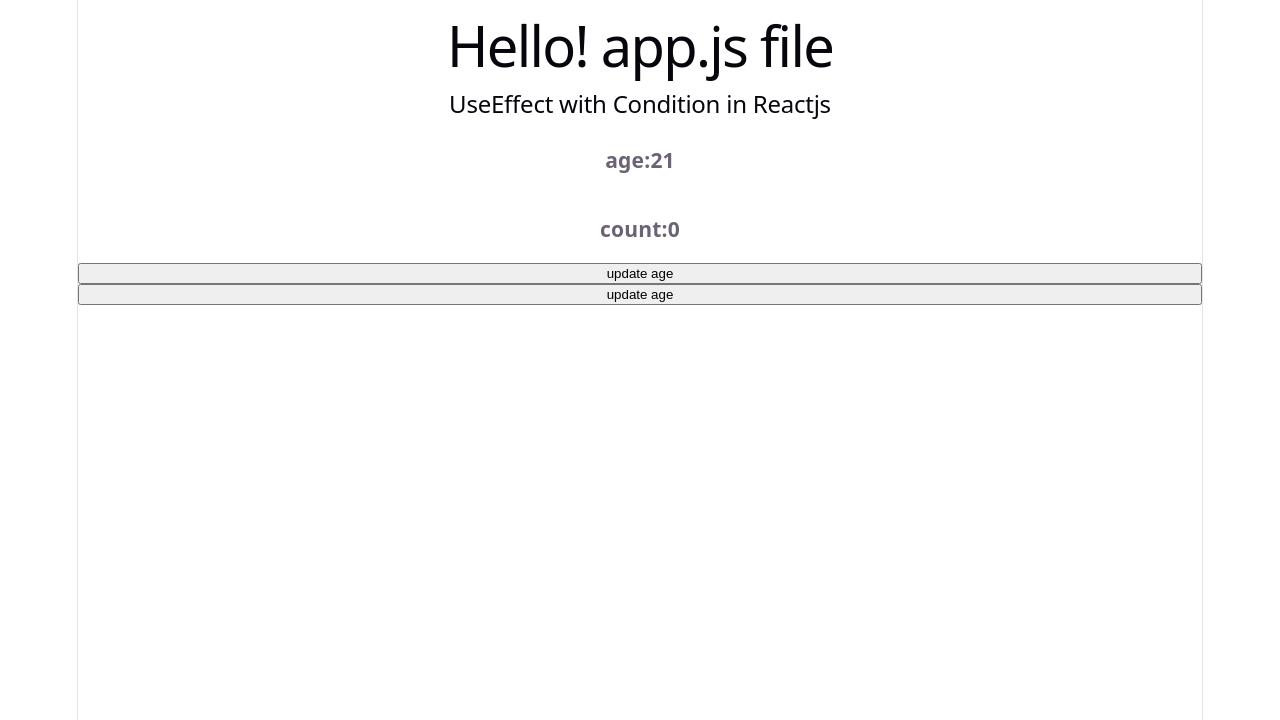
Repository: Gulzarokz/React_Course_Review
Page: / (app in vite-Project/)
An editor plug-in stored every save of this project. The page is shown before and after the next save, followed by the edit.
The browser window is 1280 px wide. The pictures show the whole page.
The project was rebuilt for these pictures with package versions that can differ from the ones it lists, and the page was loaded fresh each time. Also part of the build but not shown: vite-Project/vite.config.js.

Above is the page before, as saved 2026-04-23 11:32:03.

After the next save:
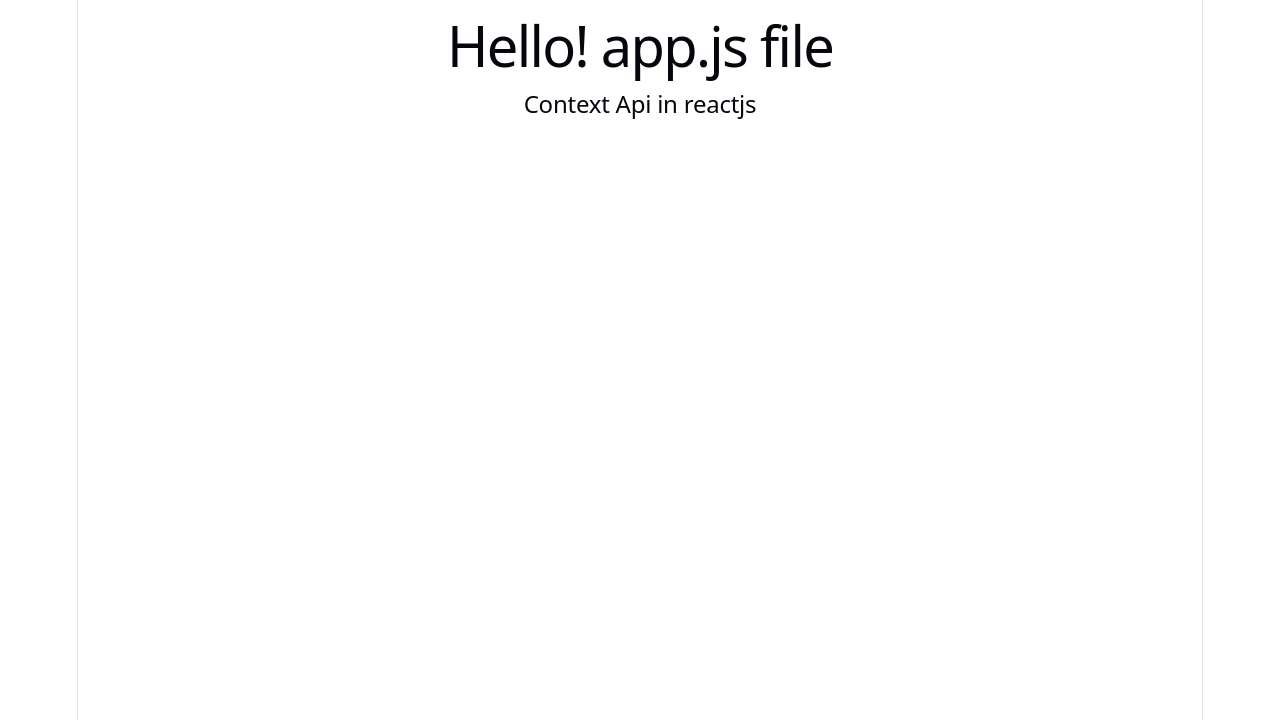
Saved 36 s later.
--- a/vite-Project/src/App.jsx
+++ b/vite-Project/src/App.jsx
@@ -1,6 +1,6 @@
 import { useState } from 'react';
-// import UseEffectHook from './UseEffectHook';
-import UseEffectWIthCondition from './UseEffectWIthCondition';
+import ContextApiHook from './ContextApiHook';
+
 
 
 
@@ -14,10 +14,8 @@ function App() {
   return (
     <>
       <h1>Hello! app.js file</h1>
-      {/* <UseEffectProps data={count} />
-      <button onClick={() => setCount(count + 1)}>counter</button>
- */}
-      <UseEffectWIthCondition />
+      <ContextApiHook />
+
 
 
     </>
